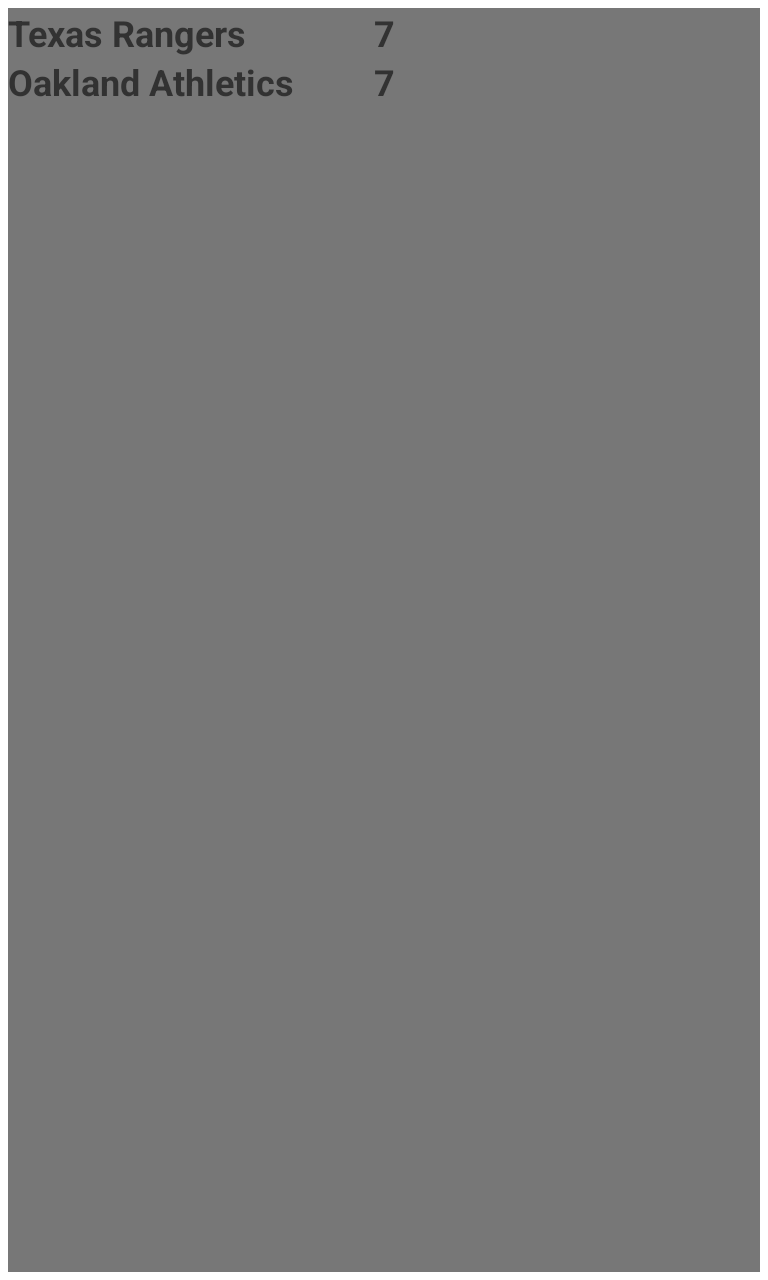
Repository: jemcphe/MDF3
Layout: Week3 Widget/TeamWidget/res/layout/widget_layout.xml
An editor plug-in stored every save of this project. The layout is shown before and after the next save, followed by the edit.
It is drawn on a 768 x 1280 px phone screen (xhdpi) without system bars, with theme AppTheme; the app's code is not run.

Above is the layout before, as saved 2013-07-26 02:48:54.

After the next save:
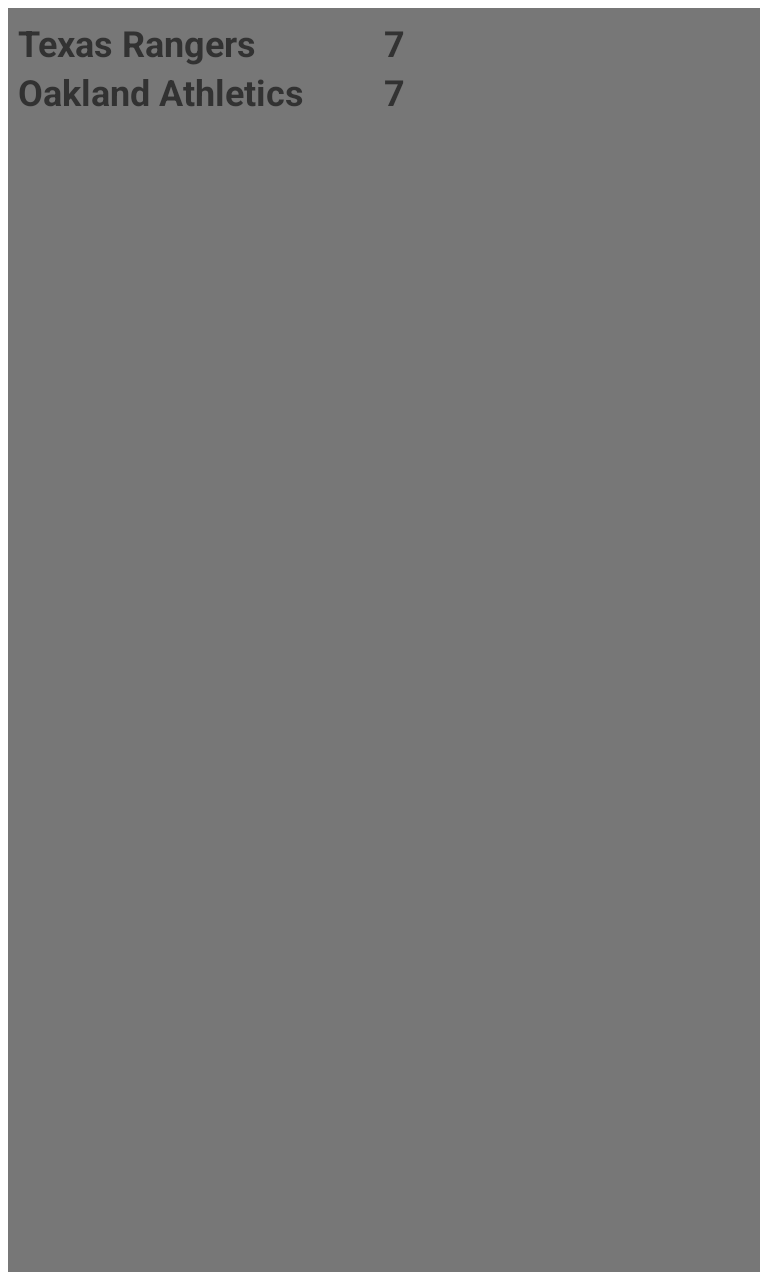
Saved 40 s later.
--- a/Week3 Widget/TeamWidget/res/layout/widget_layout.xml
+++ b/Week3 Widget/TeamWidget/res/layout/widget_layout.xml
@@ -10,7 +10,8 @@
             android:layout_width="match_parent"
             android:layout_height="match_parent"
             android:columnCount="2"
-            android:background="#777777" >
+            android:background="#777777"
+            android:padding="5dp" >
 
         <TextView
 	        android:id="@+id/team1"
